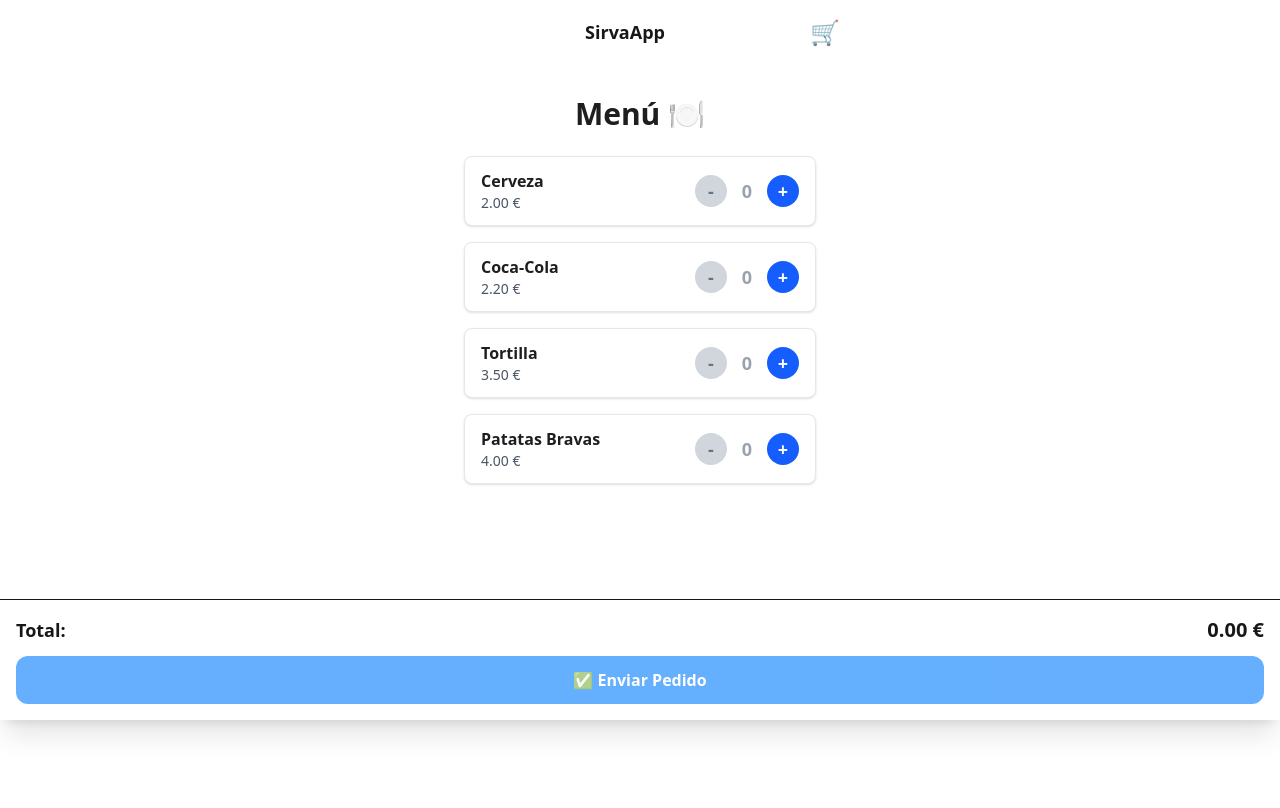
Repository: jrcardenas/sirvaapp
Page: /menu
The author's editor kept a copy of each file at every save. The page is drawn from the files as they stood at one save, then again after the next save.
The browser window is 1280 px wide. The pictures show the whole page.
The project was rebuilt for these pictures with package versions that can differ from the ones it lists, and the page was loaded fresh each time. The framework's server and built-in components were replaced by stand-ins that run in the browser. Also part of the build but not shown: next.config.ts.

Above is the page before, as saved 2025-11-02 11:59:27.

### app/layout.tsx
import type { Metadata } from "next";
import "./globals.css";
import "./styles/theme.css";
import { OrderProvider } from "@/context/OrderContext";
import LayoutWrapper from "@/components/layout/LayoutWrapper";

export const metadata: Metadata = {
  title: "SirvaApp",
  description: "Pide desde tu mesa. Sirve más rápido.",
};

export default function RootLayout({ children }: { children: React.ReactNode }) {
  return (
    <html lang="es">
      <body className="bg-[var(--color-background)] text-[var(--color-text-dark)]">
        <OrderProvider>
          <LayoutWrapper>
            {children}
          </LayoutWrapper>
        </OrderProvider>
      </body>
    </html>
  );
}

### app/menu/page.tsx
"use client";

import Button from "@/components/ui/Button";
import { useCartStore } from "@/store/cartStore";
import { useRouter } from "next/navigation";

export default function MenuPage() {
  const router = useRouter();
  const { addItem, changeQty, items, clearCart } = useCartStore();

  const productos = [
    { id: "1", nombre: "Cerveza", precio: 2.0 },
    { id: "2", nombre: "Coca-Cola", precio: 2.2 },
    { id: "3", nombre: "Tortilla", precio: 3.5 },
    { id: "4", nombre: "Patatas Bravas", precio: 4.0 },
  ];

  const getQty = (id: string) =>
    items.reduce((acc, p) => (p.id === id ? acc + p.qty : acc), 0);

  const total = items.reduce(
    (acc, p) => acc + p.price * p.qty,
    0
  );

  const handleSendOrder = () => {
    if (items.length === 0) return;
    alert("✅ Pedido enviado a cocina!");
    clearCart();
  };

  return (
    <main className="min-h-screen bg-[var(--color-background)] p-6 pb-24">
      <h1 className="text-3xl font-bold text-center text-[var(--color-text-dark)] mb-6">
        Menú 🍽️
      </h1>

      <div className="grid gap-4 max-w-md mx-auto">
        {productos.map((item) => {
          const qty = getQty(item.id);

          const handleMinus = () => {
            if (qty <= 1) {
              changeQty(item.id, 0);
            } else {
              changeQty(item.id, qty - 1);
            }
          };

          return (
            <div
              key={item.id}
              className="bg-white shadow rounded-lg px-4 py-3 flex justify-between items-center border border-gray-200"
            >
              <div className="flex flex-col">
                <span className="font-semibold text-[var(--color-text-dark)]">
                  {item.nombre}
                </span>
                <span className="text-gray-600 text-sm">
                  {item.precio.toFixed(2)} €
                </span>
              </div>

              <div className="flex items-center gap-2">
                <button
                  className={`w-8 h-8 rounded-full text-lg font-bold flex items-center justify-center
                  ${qty === 0 ? "bg-gray-300 text-gray-500" : "bg-gray-200 text-black"}`}
                  disabled={qty === 0}
                  onClick={handleMinus}
                >
                  -
                </button>

                <span
                  className={`w-6 text-center font-bold text-lg ${
                    qty === 0 ? "text-gray-400" : "text-black"
                  }`}
                >
                  {qty}
                </span>

                <button
                  className="w-8 h-8 bg-blue-600 text-white rounded-full text-lg font-bold flex items-center justify-center"
                  onClick={() =>
                    addItem({
                      id: item.id,
                      name: item.nombre,
                      price: item.precio,
                      qty: 1,
                    })
                  }
                >
                  +
                </button>
              </div>

            </div>
          );
        })}
      </div>

      {/* ✅ Footer Pedido */}
      <div className="fixed bottom-0 left-0 w-full bg-white shadow-xl p-4 border-t">
        <div className="flex justify-between items-center mb-3">
          <span className="font-semibold text-lg">Total:</span>
          <span className="font-bold text-xl">{total.toFixed(2)} €</span>
        </div>

        <Button
          fullWidth
          disabled={items.length === 0}
          onClick={handleSendOrder}
        >
          ✅ Enviar Pedido
        </Button>
      </div>
    </main>
  );
}

### app/globals.css
@import "tailwindcss";

/* Colores base del navegador */
:root {
  --background: #ffffff;
  --foreground: #171717;
}

/* ✅ Variables sincronizadas con el tema */
@theme inline {
  --color-background: var(--background);
  --color-foreground: var(--foreground);
  --font-sans: var(--font-geist-sans);
  --font-mono: var(--font-geist-mono);
}

@media (prefers-color-scheme: dark) {
  :root {
    --background: #0a0a0a;
    --foreground: #ededed;
  }
}

/* ✅ Mantener reset y tipografía */
body {
  background: var(--color-background);
  color: var(--color-foreground);
}

### app/styles/theme.css
:root {
  /* Brand Colors */
  --color-primary: #007BFF;
  --color-secondary: #1E1E1E;
  --color-background: #FFFFFF;
  --color-surface: #F8F8F8;
  --color-border: #E2E2E2;

  /* Text */
  --color-text-dark: #1E1E1E;
  --color-text-light: #FFFFFF;

  /* Tokens */
  --radius: 12px;
  --button-height: 48px;
}

### app/context/OrderContext.tsx
"use client";
import { createContext, useContext, useState, ReactNode } from "react";

interface ProductoPedido {
  id: number;
  nombre: string;
  precio: number;
  cantidad: number;
  nota?: string;
}

interface OrderContextValue {
  pedido: ProductoPedido[];
  agregarProducto: (producto: ProductoPedido) => void;
  cambiarCantidad: (id: number, accion: "sumar" | "restar") => void;
  eliminarProducto: (id: number) => void;
  vaciarPedido: () => void;
  totalItems: number;
  totalPrice: number;
}

const OrderContext = createContext<OrderContextValue | undefined>(undefined);

export function OrderProvider({ children }: { children: ReactNode }) {
  const [pedido, setPedido] = useState<ProductoPedido[]>([]);

  const agregarProducto = (producto: ProductoPedido) => {
    setPedido((prev) => {
      const existe = prev.find((p) => p.id === producto.id);
      if (existe) {
        return prev.map((p) =>
          p.id === producto.id
            ? { ...p, cantidad: p.cantidad + producto.cantidad }
            : p
        );
      }
      return [...prev, producto];
    });
  };

  const cambiarCantidad = (id: number, accion: "sumar" | "restar") => {
    setPedido((prev) =>
      prev
        .map((p) => {
          if (p.id !== id) return p;
          if (accion === "sumar") return { ...p, cantidad: p.cantidad + 1 };
          if (p.cantidad === 1) return p;
          return { ...p, cantidad: p.cantidad - 1 };
        })
        .filter((p) => p.cantidad > 0)
    );
  };

  const eliminarProducto = (id: number) => {
    setPedido((prev) => prev.filter((p) => p.id !== id));
  };

  const vaciarPedido = () => setPedido([]);

  const totalItems = pedido.reduce((acc, p) => acc + p.cantidad, 0);
  const totalPrice = pedido.reduce((acc, p) => acc + p.precio * p.cantidad, 0);

  return (
    <OrderContext.Provider
      value={{
        pedido,
        agregarProducto,
        cambiarCantidad,
        eliminarProducto,
        vaciarPedido,
        totalItems,
        totalPrice,
      }}
    >
      {children}
    </OrderContext.Provider>
  );
}

export function useOrder() {
  const context = useContext(OrderContext);
  if (!context) throw new Error("useOrder debe usarse dentro de OrderProvider");
  return context;
}

### app/components/layout/LayoutWrapper.tsx
"use client";

import Header from "./Header";

export default function LayoutWrapper({ children }: { children: React.ReactNode }) {
  return (
    <div className="max-w-md mx-auto px-6 py-4 min-h-screen flex flex-col">
      <Header />
      {children}
    </div>
  );
}

### app/components/ui/Button.tsx
"use client";

import React from "react";
import Link from "next/link";

type Variant = "primary" | "secondary" | "outline" | "ghost";
type Size = "sm" | "md" | "lg";

type ButtonProps = {
  variant?: Variant;
  size?: Size;
  loading?: boolean;
  fullWidth?: boolean;
  as?: "button" | "link";
  href?: string;
  className?: string;
  children: React.ReactNode;
} & React.ButtonHTMLAttributes<HTMLButtonElement>;

function classes({ variant, size, fullWidth }: { variant: Variant; size: Size; fullWidth?: boolean }) {
  const base =
    "inline-flex items-center justify-center font-semibold transition focus:outline-none focus-visible:ring-2 focus-visible:ring-offset-2";
  const radius = "rounded-[var(--radius)]";
  const width = fullWidth ? "w-full" : "";
  const sizes: Record<Size, string> = {
    sm: "text-sm h-10 px-4",
    md: "text-base h-[var(--button-height)] px-5", // 48px por theme
    lg: "text-base h-14 px-6",
  };
  const variants: Record<Variant, string> = {
    primary:
      "bg-[var(--color-primary)] text-[var(--color-text-light)] hover:opacity-90 focus-visible:ring-[var(--color-primary)]",
    secondary:
      "bg-[var(--color-secondary)] text-[var(--color-text-light)] hover:opacity-90 focus-visible:ring-[var(--color-secondary)]",
    outline:
      "bg-transparent text-[var(--color-text-dark)] border border-[color:var(--color-secondary)]/20 hover:bg-[var(--color-surface)] focus-visible:ring-[var(--color-primary)]",
    ghost:
      "bg-transparent text-[var(--color-text-dark)] hover:bg-[var(--color-surface)] focus-visible:ring-[var(--color-primary)]",
  };

  return [base, radius, width, sizes[size], variants[variant]].join(" ");
}

export default function Button({
  variant = "primary",
  size = "md",
  loading = false,
  fullWidth,
  as = "button",
  href,
  className = "",
  children,
  disabled,
  ...rest
}: ButtonProps) {
  const cls =
    classes({ variant, size, fullWidth }) +
    " " +
    (disabled || loading ? "opacity-60 pointer-events-none" : "") +
    " " +
    className;

  const content = (
    <>
      {loading && (
        <svg
          className="mr-2 animate-spin"
          width="16"
          height="16"
          viewBox="0 0 24 24"
          aria-hidden="true"
        >
          <circle cx="12" cy="12" r="10" stroke="currentColor" strokeWidth="4" fill="none" opacity="0.25" />
          <path d="M22 12a10 10 0 0 1-10 10" fill="none" stroke="currentColor" strokeWidth="4" />
        </svg>
      )}
      {children}
    </>
  );

  if (as === "link" && href) {
    return (
      <Link
        href={href}
        className={cls}
        role="button"
        aria-busy={loading || undefined}
        aria-disabled={disabled || loading || undefined}
      >
        {content}
      </Link>
    );
  }

  return (
    <button
      className={cls}
      disabled={disabled || loading}
      aria-busy={loading || undefined}
      {...rest}
    >
      {content}
    </button>
  );
}

### app/store/cartStore.ts
import { create } from "zustand";

export interface CartItem {
  id: string;
  name: string;
  price: number;
  qty: number;
  note?: string;
}

interface CartState {
  items: CartItem[];
  addItem: (item: CartItem) => void;
  changeQty: (id: string, qty: number) => void;
  removeItem: (id: string, note?: string) => void;
  clearCart: () => void;
  totalItems: number;
  totalAmount: number;
}

export const useCartStore = create<CartState>((set, get) => ({
  items: [],

  addItem: (item) => {
    const exists = get().items.find(
      (i) => i.id === item.id && i.note === item.note
    );

    if (exists) {
      set({
        items: get().items.map((i) =>
          i.id === item.id && i.note === item.note
            ? { ...i, qty: i.qty + item.qty }
            : i
        ),
      });
    } else {
      set({ items: [...get().items, item] });
    }
  },

  changeQty: (id, qty) => {
    if (qty < 1) return; // ✅ regla elegida (A)
    set({
      items: get().items.map((i) =>
        i.id === id ? { ...i, qty } : i
      ),
    });
  },

  removeItem: (id, note) =>
    set({
      items: get().items.filter(
        (i) => !(i.id === id && i.note === note)
      ),
    }),

  clearCart: () => set({ items: [] }),

  get totalItems() {
    return get().items.reduce((acc, i) => acc + i.qty, 0);
  },

  get totalAmount() {
    return get().items.reduce((acc, i) => acc + i.qty * i.price, 0);
  },
}));

### app/components/layout/Header.tsx
"use client";

import Link from "next/link";
import { useOrder } from "@/context/OrderContext";

export default function Header() {
  const { pedido } = useOrder();
  const totalItems = pedido.reduce((acc, item) => acc + item.cantidad, 0);

  return (
    <header className="flex justify-between items-center mb-6">
      <div /> {/* placeholder para el espacio izquierdo */}

      <h1 className="text-lg font-bold">SirvaApp</h1>

      <Link href="/carrito" className="relative">
        <span className="text-2xl">🛒</span>

        {totalItems > 0 && (
          <span className="absolute -top-1 -right-2 bg-[var(--color-primary)] text-white rounded-full text-xs px-1">
            {totalItems}
          </span>
        )}
      </Link>
    </header>
  );
}

After the next save:
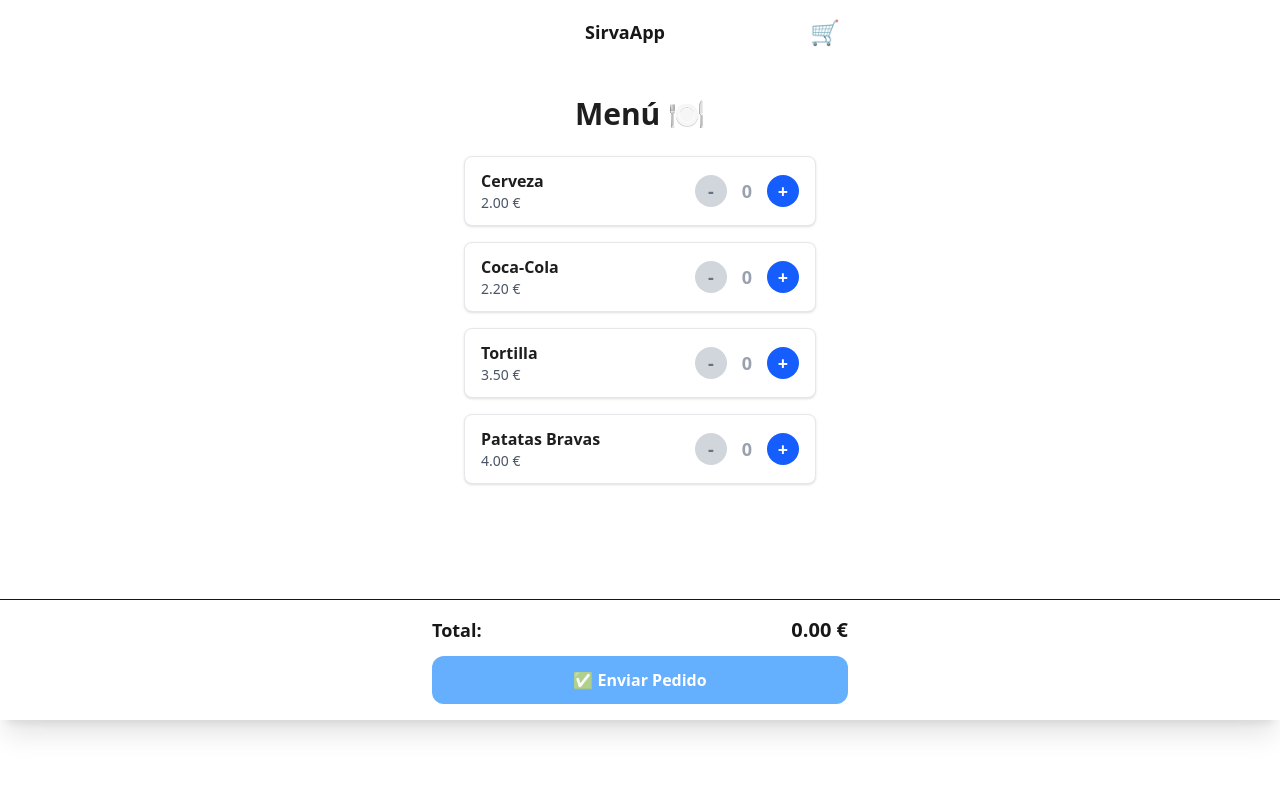
Saved 6 s later.
--- a/app/menu/page.tsx
+++ b/app/menu/page.tsx
@@ -99,21 +99,24 @@ export default function MenuPage() {
         })}
       </div>
 
-      {/* ✅ Footer Pedido */}
-      <div className="fixed bottom-0 left-0 w-full bg-white shadow-xl p-4 border-t">
-        <div className="flex justify-between items-center mb-3">
-          <span className="font-semibold text-lg">Total:</span>
-          <span className="font-bold text-xl">{total.toFixed(2)} €</span>
-        </div>
+{/* ✅ Footer Pedido con mismo ancho */}
+<div className="fixed bottom-0 left-0 w-full bg-white shadow-xl border-t">
+  <div className="max-w-md mx-auto p-4">
+    <div className="flex justify-between items-center mb-3">
+      <span className="font-semibold text-lg">Total:</span>
+      <span className="font-bold text-xl">{total.toFixed(2)} €</span>
+    </div>
 
-        <Button
-          fullWidth
-          disabled={items.length === 0}
-          onClick={handleSendOrder}
-        >
-          ✅ Enviar Pedido
-        </Button>
-      </div>
+    <Button
+      fullWidth
+      disabled={items.length === 0}
+      onClick={handleSendOrder}
+    >
+      ✅ Enviar Pedido
+    </Button>
+  </div>
+</div>
+
     </main>
   );
 }
